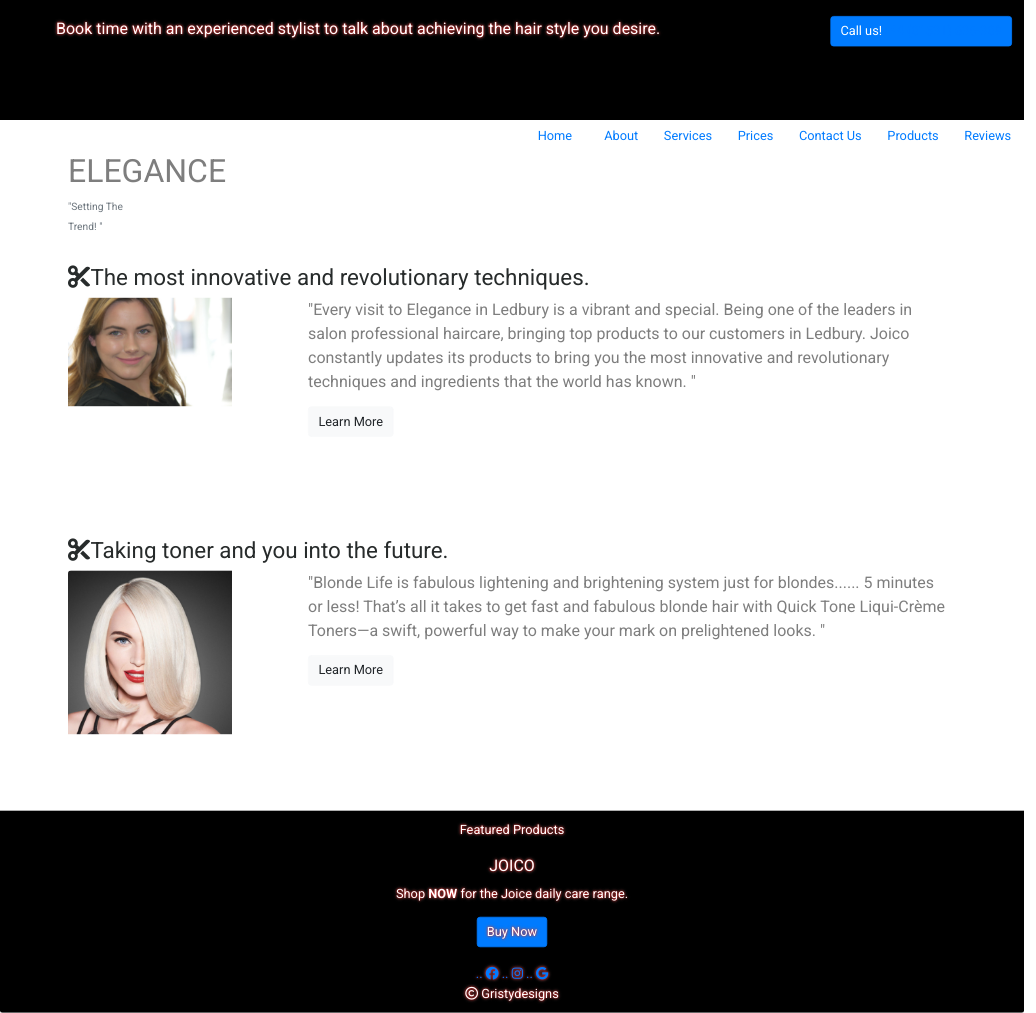
Repository: Gristydesigns/elegance-salon
Page: index.html
The author's editor kept a record of every edit. The page is drawn from the files as they stood at one moment, then again after the next edit.
The browser window is 1280 px wide. The page is 1295 px wide, so the pictures cover 1295 px, including what lies to the right of the window. The pictures show the whole page, at 80% of full size.
Some web libraries are served in a nearby version.

Above is the page before.
Console error: TypeError: Cannot read properties of undefined (reading 'fn')

After the next edit:
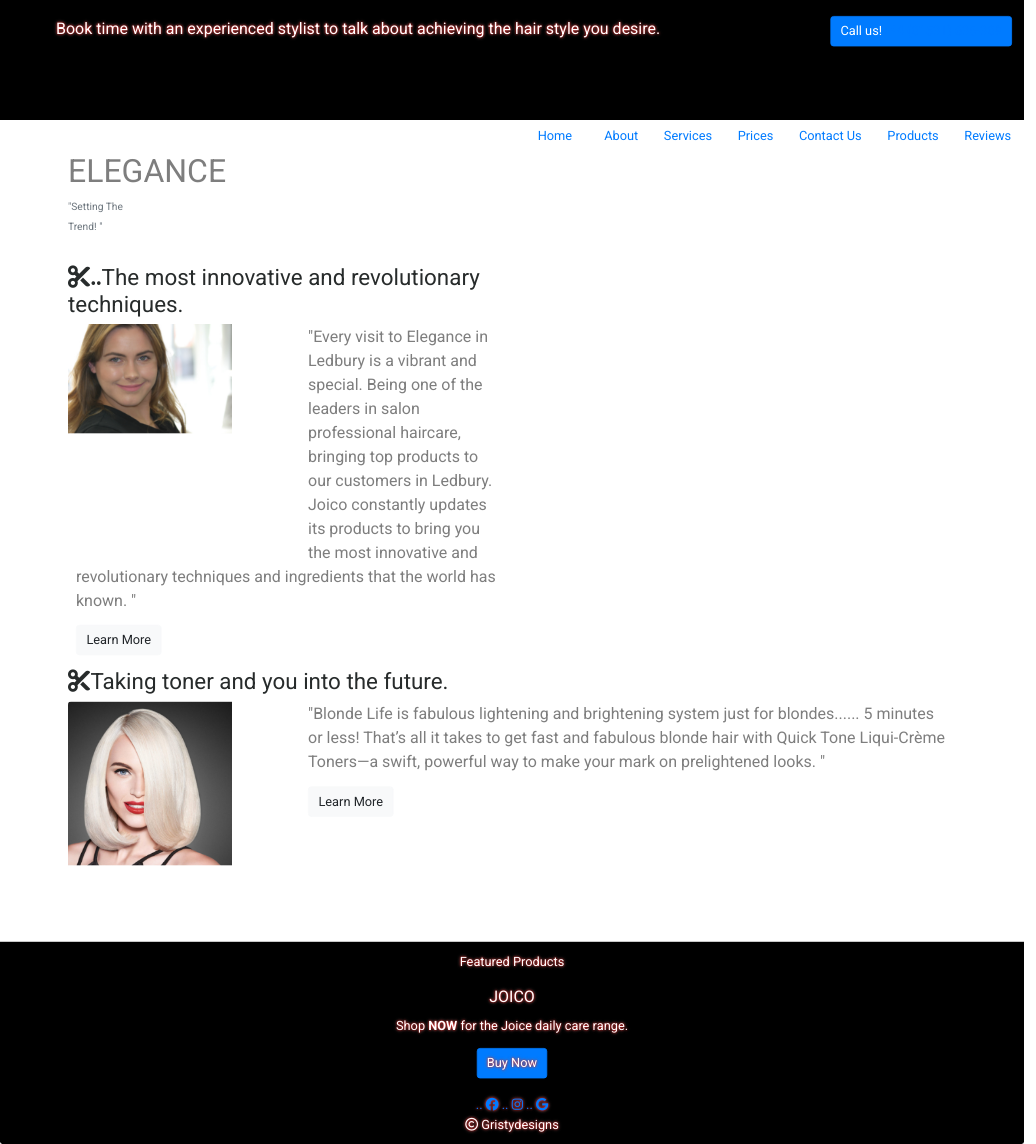
The edit:
--- a/index.html
+++ b/index.html
@@ -73,8 +73,8 @@
   <div class="container headliner ">
   <!--feature article 1---------------------->
     <div class="row ">
-     <div class="col-12 ">
-      <h3 class="text "><i class="fas fa-cut"></i>The most innovative and revolutionary techniques. </h3>
+     <div class="col-6 ">
+      <h3 class="text "><i class="fas fa-cut">..</i>The most innovative and revolutionary techniques. </h3>
         <div class="media ">
         <img src="image/image3.jpg " class="img-fluid rounded " alt="Responsive image image of Victoria one of the stylist">
           </div>
